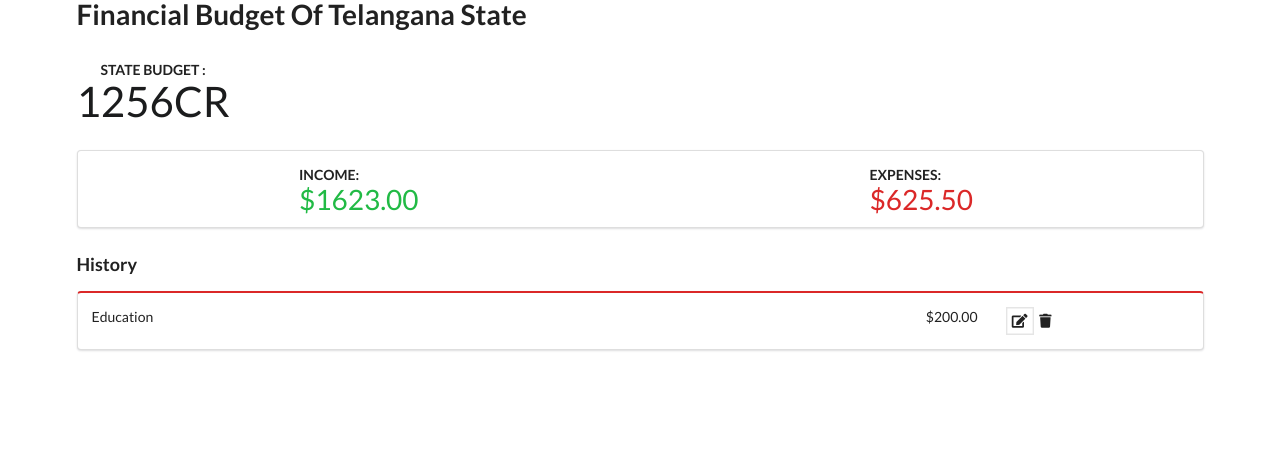
Repository: akHil07090709/advanced-react
Page: /
The author's editor kept a copy of each file at every save. The page is drawn from the files as they stood at one save, then again after the next save.
The browser window is 1280 px wide. The pictures show the whole page.
The project was rebuilt for these pictures with package versions that can differ from the ones it lists, and the page was loaded fresh each time. Also part of the build but not shown: src/App.css.

Above is the page before, as saved 2021-05-25 07:46:18.

### src/index.js
import React from "react";
import ReactDOM from "react-dom";
import "./index.css";
import App from "./App";
import "semantic-ui-css/semantic.min.css";

ReactDOM.render(
  <React.StrictMode>
    <App />
  </React.StrictMode>,
  document.getElementById("root")
);

// If you want to start measuring performance in your app, pass a function
// to log results (for example: reportWebVitals(console.log))
// or send to an analytics endpoint. Learn more: https://bit.ly/CRA-vitals

### src/App.js
import {
  Container,
  Grid,
  Header,
  Icon,
  Segment,
  Statistic,
} from "semantic-ui-react";
import "./App.css";

function App() {
  return (
    <Container>
      <Header as="h1">Financial Budget Of Telangana State</Header>
      <Statistic size="small">
        {/* A statistic can display a value with a label above or below it.*/}
        <Statistic.Label>State Budget : </Statistic.Label>
        <Statistic.Value>1256cr</Statistic.Value>
      </Statistic>
      <Segment textAlign="center">
        <Grid columns={2}>
          <Grid.Row>
            <Grid.Column>
              <Statistic size="tiny" color="green">
                <Statistic.Label style={{ textAlign: "left" }}>
                  Income:
                </Statistic.Label>
                <Statistic.Value>$1623.00</Statistic.Value>
              </Statistic>
            </Grid.Column>
            <Grid.Column>
              <Statistic size="tiny" color="red">
                <Statistic.Label style={{ textAlign: "left" }}>
                  Expenses:
                </Statistic.Label>
                <Statistic.Value>$625.50</Statistic.Value>
              </Statistic>
            </Grid.Column>
          </Grid.Row>
        </Grid>
      </Segment>
      <Header as="h3">History</Header>
      <Segment color="red">
        <Grid columns={3}>
          <Grid.Row>
            <Grid.Column width={10}>Education</Grid.Column>
            <Grid.Column width={3} textAlign="right">
              $200.00
            </Grid.Column>
            <Grid.Column width={3}>
              <Icon name="edit" bordered />
              <Icon name="trash" />
            </Grid.Column>
          </Grid.Row>
        </Grid>
      </Segment>
    </Container>
  );
}

export default App;

Loaded but not shown: public/index.html (common file); src/index.css (common file)

After the next save:
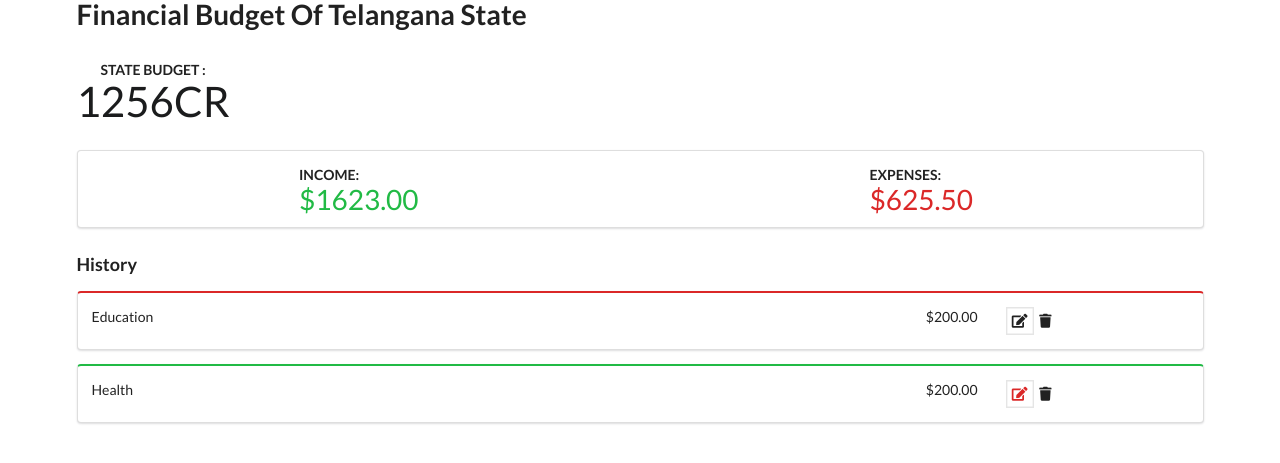
Saved 4 min 2 s later.
--- a/src/App.js
+++ b/src/App.js
@@ -54,6 +54,20 @@
           </Grid.Row>
         </Grid>
       </Segment>
+      <Segment color="green">
+        <Grid columns={3}>
+          <Grid.Row>
+            <Grid.Column width={10}>Health</Grid.Column>
+            <Grid.Column width={3} textAlign="right">
+              $200.00
+            </Grid.Column>
+            <Grid.Column width={3}>
+              <Icon name="edit" bordered color="red" />
+              <Icon name="trash" />
+            </Grid.Column>
+          </Grid.Row>
+        </Grid>
+      </Segment>
     </Container>
   );
 }
